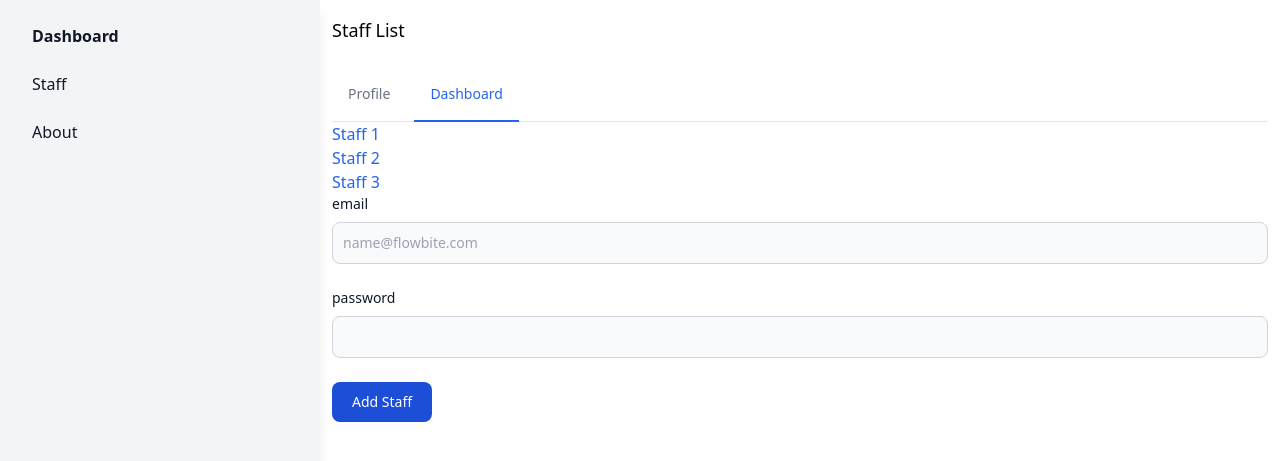
Repository: daohuyhoang9119/React-Router-6.4--Practice
Page: /staff
These files come from the project's save history. The page is drawn as it stood at one moment and after the next save; the edit follows.
The browser window is 1280 px wide. The pictures show the whole page.
The project was rebuilt for these pictures with package versions that can differ from the ones it lists, and the page was loaded fresh each time. Also part of the build but not shown: src/pages/About/About.tsx, src/pages/Dashboard/Dashboard.tsx.

Above is the page before, as saved 2022-11-07 19:46:33.

After the next save:
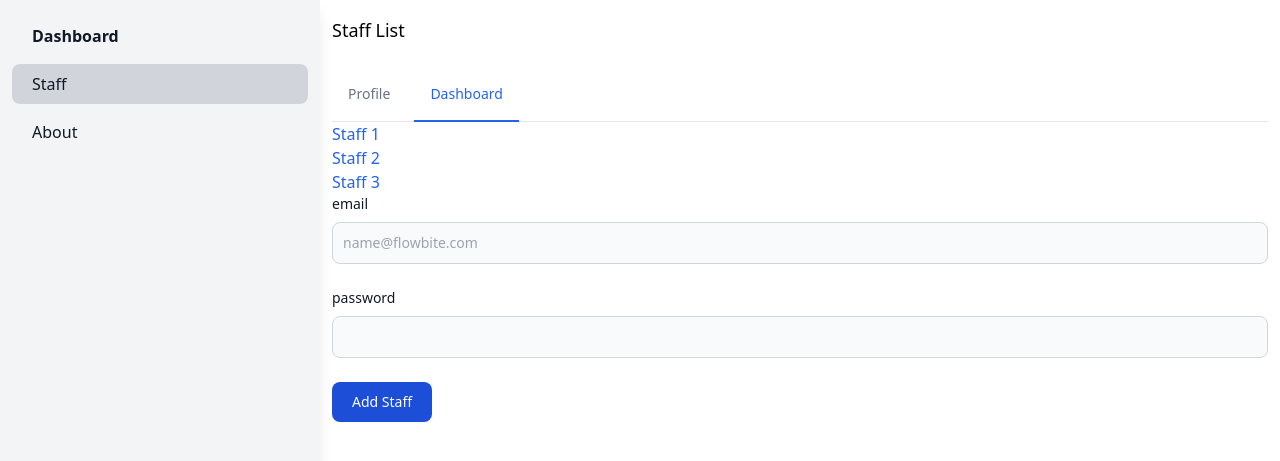
Saved 10 s later.
--- a/src/layouts/MainLayout/MainLayout.tsx
+++ b/src/layouts/MainLayout/MainLayout.tsx
@@ -25,7 +25,10 @@ export default function MainLayout({ children }: Props) {
             <li>
               <NavLink
                 to='/staff'
-                className='flex items-center rounded-lg p-2 text-base font-normal text-gray-900 hover:bg-gray-300'
+                className={({ isActive }) => {
+                  const activeClass = isActive ? 'bg-gray-300' : ''
+                  return `flex items-center rounded-lg ${activeClass} p-2 text-base font-normal text-gray-900 hover:bg-gray-300`
+                }}
               >
                 <span className='ml-3'>Staff</span>
               </NavLink>
@@ -33,7 +36,10 @@ export default function MainLayout({ children }: Props) {
             <li>
               <NavLink
                 to='/about'
-                className='flex items-center rounded-lg p-2 text-base font-normal text-gray-900 hover:bg-gray-300'
+                className={({ isActive }) => {
+                  const activeClass = isActive ? 'bg-gray-300' : ''
+                  return `flex items-center rounded-lg ${activeClass} p-2 text-base font-normal text-gray-900 hover:bg-gray-300`
+                }}
               >
                 <span className='ml-3'>About</span>
               </NavLink>
